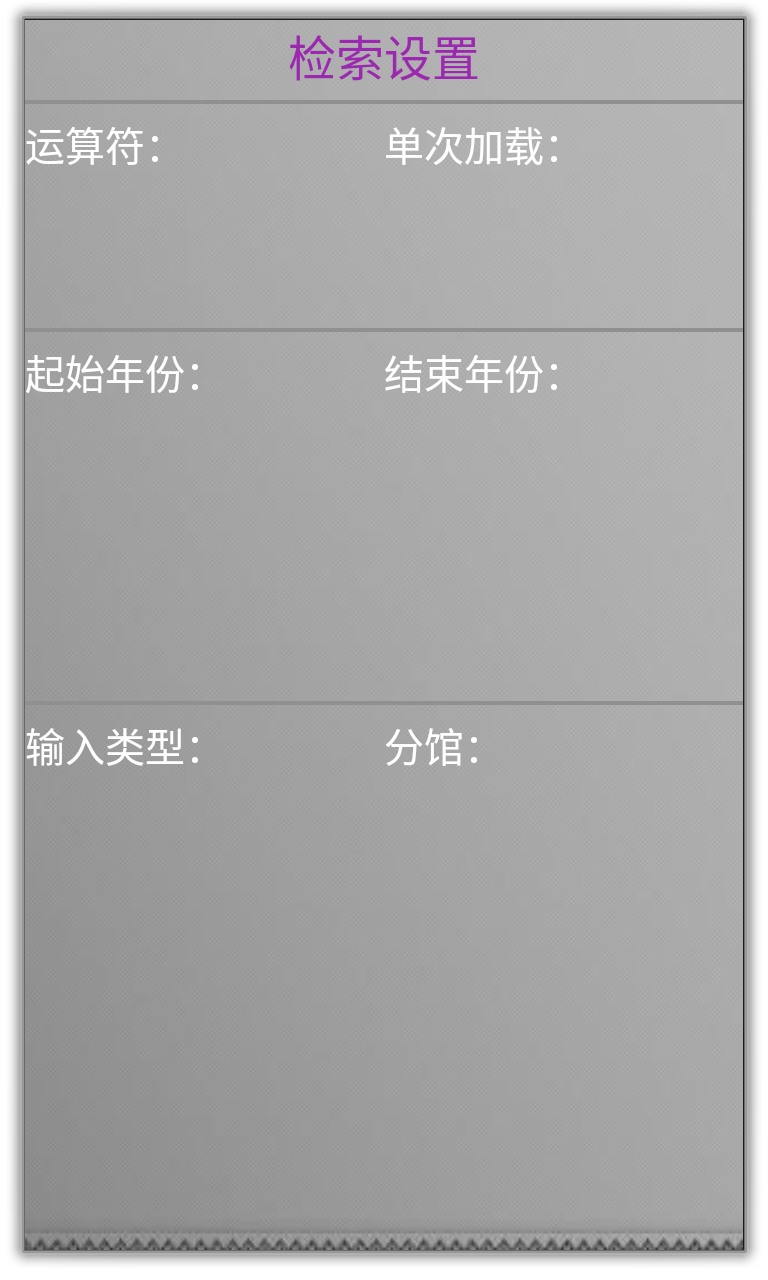
Repository: zhuyue1314/SysuLibrary
Layout: SysuLibrary-android/SysuMobileLibrary/res/layout/activity_search_settings.xml
These files come from the project's save history. The layout is drawn as it stood at one moment and after the next save; the edit follows.
It is drawn on a 768 x 1280 px phone screen (xhdpi) without system bars, with theme android:Theme.Dialog; the app's code is not run.

Above is the layout before, as saved 2016-01-03 08:44:44.

### SysuLibrary-android/SysuMobileLibrary/res/layout/activity_search_settings.xml
<LinearLayout xmlns:android="http://schemas.android.com/apk/res/android"
    xmlns:tools="http://schemas.android.com/tools"
    android:layout_width="match_parent"
    android:layout_height="match_parent"
    android:background="@drawable/gray_bg"
    android:gravity="center"
    android:orientation="vertical"
    tools:context=".SearchSettingsActivity" >

    <TextView
        android:layout_width="wrap_content"
        android:layout_height="wrap_content"
        android:text="检索设置"
        android:textColor="#9c27b0"
        android:textSize="24sp" />

    <View
        android:layout_width="match_parent"
        android:layout_height="2dip"
        android:layout_marginBottom="5dp"
        android:layout_marginTop="5dp"
        android:background="#FF909090" />

    <LinearLayout
        android:layout_width="match_parent"
        android:layout_height="wrap_content"
        android:gravity="center"
        android:orientation="horizontal" >

        <TextView
            android:layout_width="0dp"
            android:layout_height="wrap_content"
            android:layout_weight="1"
            android:text="运算符："
            android:textColor="#ffffff"
            android:textSize="20sp" />

        <TextView
            android:layout_width="0dp"
            android:layout_height="wrap_content"
            android:layout_weight="1"
            android:text="单次加载："
            android:textColor="#ffffff"
            android:textSize="20sp" />
    </LinearLayout>

    <LinearLayout
        android:layout_width="match_parent"
        android:layout_height="0dp"
        android:layout_weight="1"
        android:gravity="center"
        android:orientation="horizontal" >

        <RelativeLayout
            android:id="@+id/rl_op"
            android:layout_width="0dp"
            android:layout_height="match_parent"
            android:layout_weight="1" >
        </RelativeLayout>

        <RelativeLayout
            android:id="@+id/rl_num"
            android:layout_width="0dp"
            android:layout_height="match_parent"
            android:layout_weight="1" >
        </RelativeLayout>
    </LinearLayout>

    <View
        android:layout_width="match_parent"
        android:layout_height="2dip"
        android:layout_marginBottom="5dp"
        android:layout_marginTop="5dp"
        android:background="#FF909090" />

    <LinearLayout
        android:layout_width="match_parent"
        android:layout_height="wrap_content"
        android:gravity="center"
        android:orientation="horizontal" >

        <TextView
            android:layout_width="0dp"
            android:layout_height="wrap_content"
            android:layout_weight="1"
            android:text="起始年份："
            android:textColor="#ffffff"
            android:textSize="20sp" />

        <TextView
            android:layout_width="0dp"
            android:layout_height="wrap_content"
            android:layout_weight="1"
            android:text="结束年份："
            android:textColor="#ffffff"
            android:textSize="20sp" />
    </LinearLayout>

    <LinearLayout
        android:layout_width="match_parent"
        android:layout_height="0dp"
        android:layout_weight="2"
        android:orientation="horizontal" >

        <RelativeLayout
            android:id="@+id/rl_start_year"
            android:layout_width="0dp"
            android:layout_height="match_parent"
            android:layout_weight="1" >
        </RelativeLayout>

        <RelativeLayout
            android:id="@+id/rl_end_year"
            android:layout_width="0dp"
            android:layout_height="match_parent"
            android:layout_weight="1" >
        </RelativeLayout>
    </LinearLayout>

    <View
        android:layout_width="match_parent"
        android:layout_height="2dip"
        android:layout_marginBottom="5dp"
        android:layout_marginTop="5dp"
        android:background="#FF909090" />

    <LinearLayout
        android:layout_width="match_parent"
        android:layout_height="wrap_content"
        android:gravity="center"
        android:orientation="horizontal" >

        <TextView
            android:layout_width="0dp"
            android:layout_height="wrap_content"
            android:layout_weight="1"
            android:text="输入类型："
            android:textColor="#ffffff"
            android:textSize="20sp" />

        <TextView
            android:layout_width="0dp"
            android:layout_height="wrap_content"
            android:layout_weight="1"
            android:text="分馆："
            android:textColor="#ffffff"
            android:textSize="20sp" />
    </LinearLayout>

    <LinearLayout
        android:layout_width="match_parent"
        android:layout_height="0dp"
        android:layout_weight="3"
        android:orientation="horizontal"
        android:layout_marginBottom="20dp" >

        <RelativeLayout
            android:id="@+id/rl_keytype"
            android:layout_width="0dp"
            android:layout_height="match_parent"
            android:layout_weight="1" >
        </RelativeLayout>

        <RelativeLayout
            android:id="@+id/rl_sub_library"
            android:layout_width="0dp"
            android:layout_height="match_parent"
            android:layout_weight="1" >
        </RelativeLayout>
    </LinearLayout>

</LinearLayout>

After the next save:
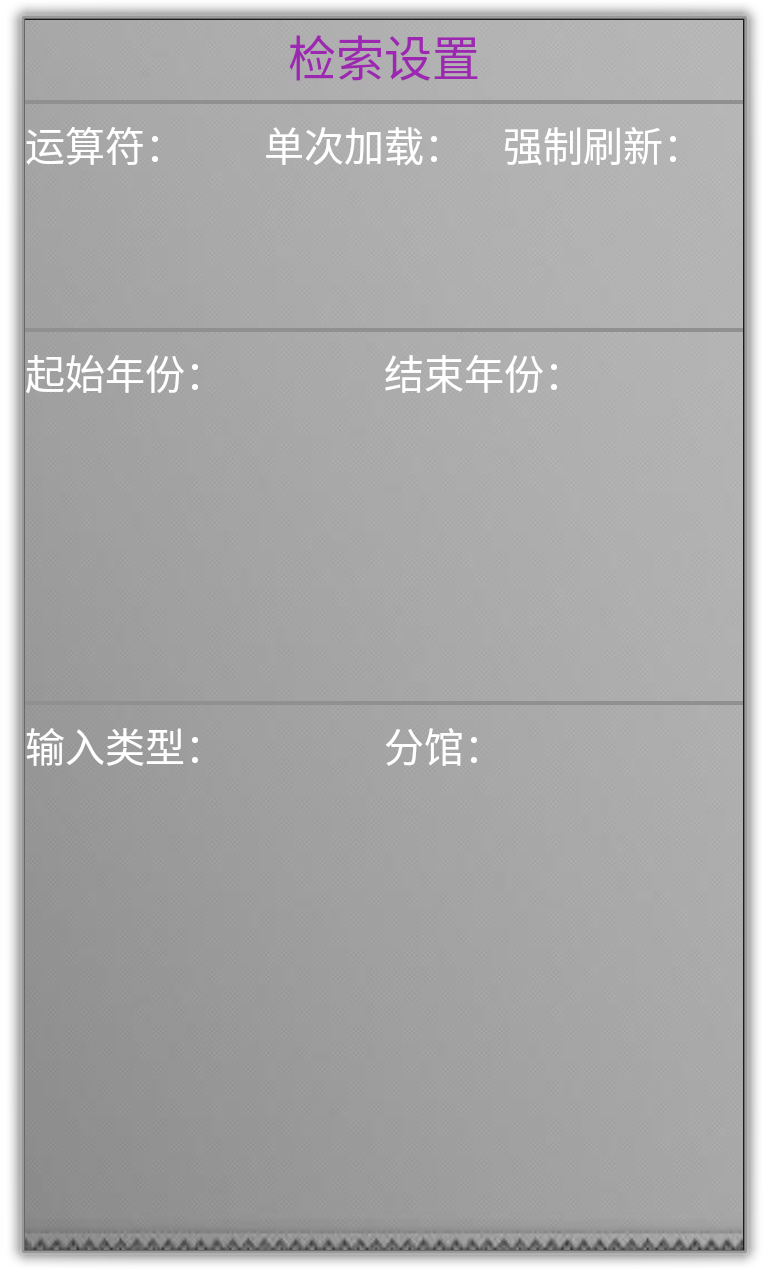
Saved 5 min 52 s later.
--- a/SysuLibrary-android/SysuMobileLibrary/res/layout/activity_search_settings.xml
+++ b/SysuLibrary-android/SysuMobileLibrary/res/layout/activity_search_settings.xml
@@ -42,6 +42,13 @@
             android:text="单次加载："
             android:textColor="#ffffff"
             android:textSize="20sp" />
+        <TextView
+            android:layout_width="0dp"
+            android:layout_height="wrap_content"
+            android:layout_weight="1"
+            android:text="强制刷新："
+            android:textColor="#ffffff"
+            android:textSize="20sp" />
     </LinearLayout>
 
     <LinearLayout
@@ -60,6 +67,13 @@
 
         <RelativeLayout
             android:id="@+id/rl_num"
+            android:layout_width="0dp"
+            android:layout_height="match_parent"
+            android:layout_weight="1" >
+        </RelativeLayout>
+
+        <RelativeLayout
+            android:id="@+id/rl_flush"
             android:layout_width="0dp"
             android:layout_height="match_parent"
             android:layout_weight="1" >
